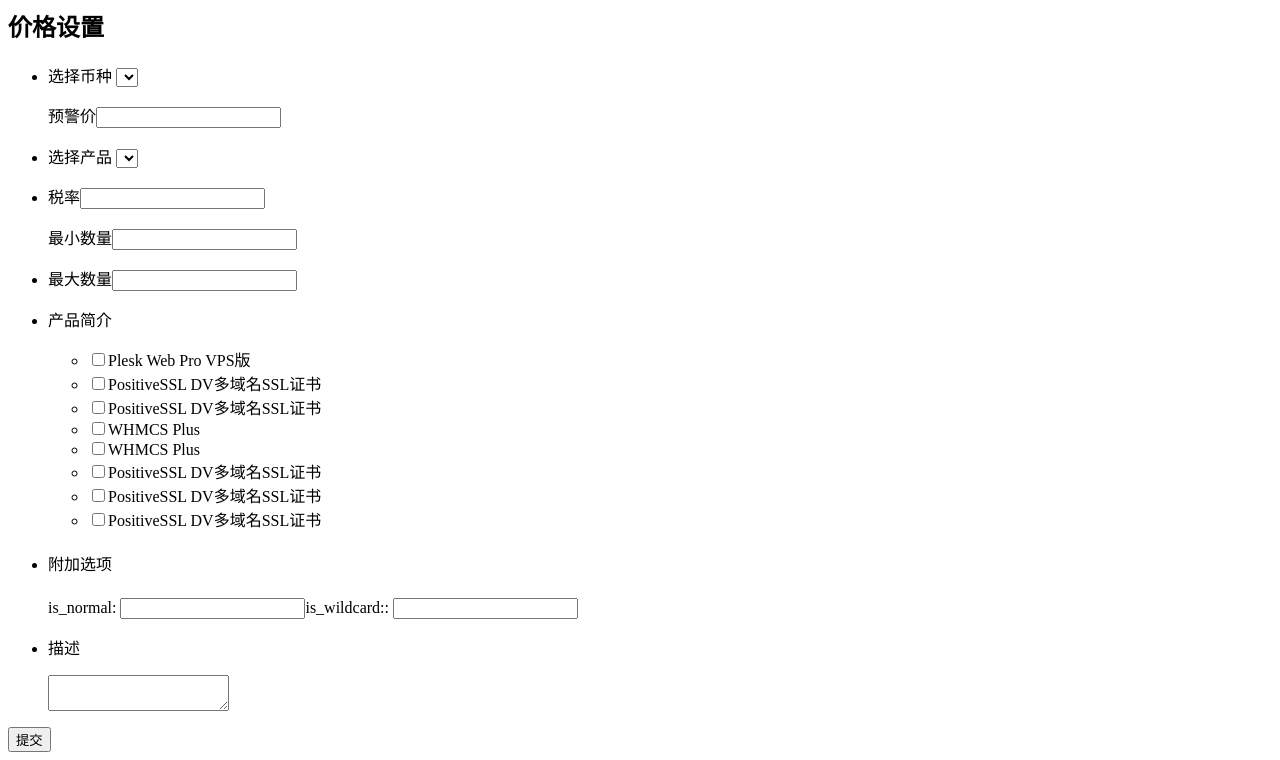
Repository: wangyan466393/racentSystem
Page: priceSetting.html
These files come from the project's save history. The page is drawn as it stood at one moment and after the next save; the edit follows.
The browser window is 1280 px wide. The pictures show the whole page.

Above is the page before, as saved 2020-08-12 18:04:18.

### priceSetting.html
<div id="content_box">
    <h2>价格设置</h2>
<div class="config_box">
    <div class="price_content">
        <ul>
            <li>
                <p>
                    <span>选择币种</span>
                    <select name="" id="" class="config_inp">
                        <option value=""></option>
                    </select>
                </p>
                <p>
                    <span>预警价</span><input type="text" class="config_inp">
                </p>
            </li>
            <li>
                <p>
                    <span>选择产品</span>
                    <select name="" id="" class="config_inp">
                        <option value=""></option>
                    </select>
                </p>
            </li>
            <li>

                <p>
                    <span>税率</span><input type="number" class="config_inp">
                </p>
                <p>
                    <span>最小数量</span><input type="number" class="config_inp">
                </p>
            </li>
            <li>

                <p>
                    <span>最大数量</span><input type="number" class="config_inp">
                </p>
            </li>
            <li>
               <p> <span>产品简介</span></p>
               <div class="intro_box">


                <ul class="intro">
                    <li>
                        <input type="checkbox"><label for="">Plesk Web Pro VPS版</label>
                    </li>
                    <li>
                        <input type="checkbox"><label for="">PositiveSSL DV多域名SSL证书</label>
                    </li>
                    <li>
                        <input type="checkbox"><label for="">PositiveSSL DV多域名SSL证书</label>
                    </li>
                    <li>
                        <input type="checkbox"><label for="">WHMCS Plus</label>
                    </li>
                    <li>
                        <input type="checkbox"><label for="">WHMCS Plus</label>
                    </li>
                    <li>
                        <input type="checkbox"><label for="">PositiveSSL DV多域名SSL证书</label>
                    </li>
                    <li>
                        <input type="checkbox"><label for="">PositiveSSL DV多域名SSL证书</label>
                    </li>
                    <li>
                        <input type="checkbox"><label for="">PositiveSSL DV多域名SSL证书</label>
                    </li>
                </ul>
            </div>
            </li>
            <li>
                <p><span style="line-height: 35px;">附加选项</span></p>
                <div style="width: 100%;display: flex;">
                    <div class="input_group">
                        <span class="input-group-addon">is_normal:</span>
                        <input type="text" class="form-control">
                    </div>

                        <div class="input_group">
                            <span class="input-group-addon">is_wildcard::</span>
                            <input type="text" class="form-control">
                        </div>
                </div>

            </li>
            <li>
               <p> <span>描述</span></p>
               <textarea class="e_content description"></textarea>
            </li>

        </ul>
    </div>
</div>
</div>
<div class="email_back_btn">
    <button type="button">提交</button>
</div>

<script src="js/jquery-1.11.3.js"></script>
<script>
    getProductListsData();
    function getProductListsData() {
        var tableInfo = ""
        for (var i = 0; i < 15; i++) {    //遍历Table的所有Row
            tableInfo += `
            <li>
                <input type="checkbox"><label for="">PositiveSSL DV多域名SSL证书</label>
            </li>
            `
        }
        $(".right_content .intro").append(tableInfo)
    }
</script>

Loaded but not shown: js/jquery-1.11.3.js (library)

After the next save:
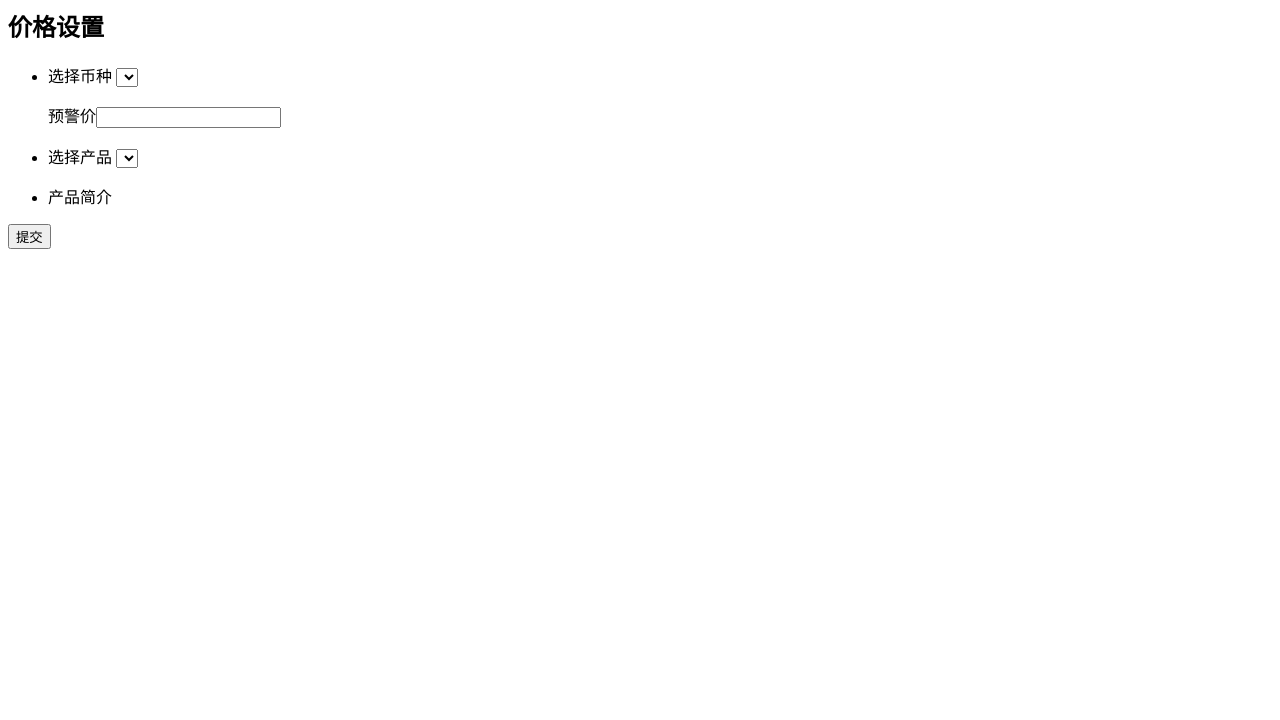
Saved 44 s later.
--- a/priceSetting.html
+++ b/priceSetting.html
@@ -22,72 +22,12 @@
                     </select>
                 </p>
             </li>
-            <li>
 
-                <p>
-                    <span>税率</span><input type="number" class="config_inp">
-                </p>
-                <p>
-                    <span>最小数量</span><input type="number" class="config_inp">
-                </p>
-            </li>
-            <li>
-
-                <p>
-                    <span>最大数量</span><input type="number" class="config_inp">
-                </p>
-            </li>
             <li>
                <p> <span>产品简介</span></p>
                <div class="intro_box">
 
-
-                <ul class="intro">
-                    <li>
-                        <input type="checkbox"><label for="">Plesk Web Pro VPS版</label>
-                    </li>
-                    <li>
-                        <input type="checkbox"><label for="">PositiveSSL DV多域名SSL证书</label>
-                    </li>
-                    <li>
-                        <input type="checkbox"><label for="">PositiveSSL DV多域名SSL证书</label>
-                    </li>
-                    <li>
-                        <input type="checkbox"><label for="">WHMCS Plus</label>
-                    </li>
-                    <li>
-                        <input type="checkbox"><label for="">WHMCS Plus</label>
-                    </li>
-                    <li>
-                        <input type="checkbox"><label for="">PositiveSSL DV多域名SSL证书</label>
-                    </li>
-                    <li>
-                        <input type="checkbox"><label for="">PositiveSSL DV多域名SSL证书</label>
-                    </li>
-                    <li>
-                        <input type="checkbox"><label for="">PositiveSSL DV多域名SSL证书</label>
-                    </li>
-                </ul>
-            </div>
-            </li>
-            <li>
-                <p><span style="line-height: 35px;">附加选项</span></p>
-                <div style="width: 100%;display: flex;">
-                    <div class="input_group">
-                        <span class="input-group-addon">is_normal:</span>
-                        <input type="text" class="form-control">
-                    </div>
-
-                        <div class="input_group">
-                            <span class="input-group-addon">is_wildcard::</span>
-                            <input type="text" class="form-control">
-                        </div>
                 </div>
-
-            </li>
-            <li>
-               <p> <span>描述</span></p>
-               <textarea class="e_content description"></textarea>
             </li>
 
         </ul>
